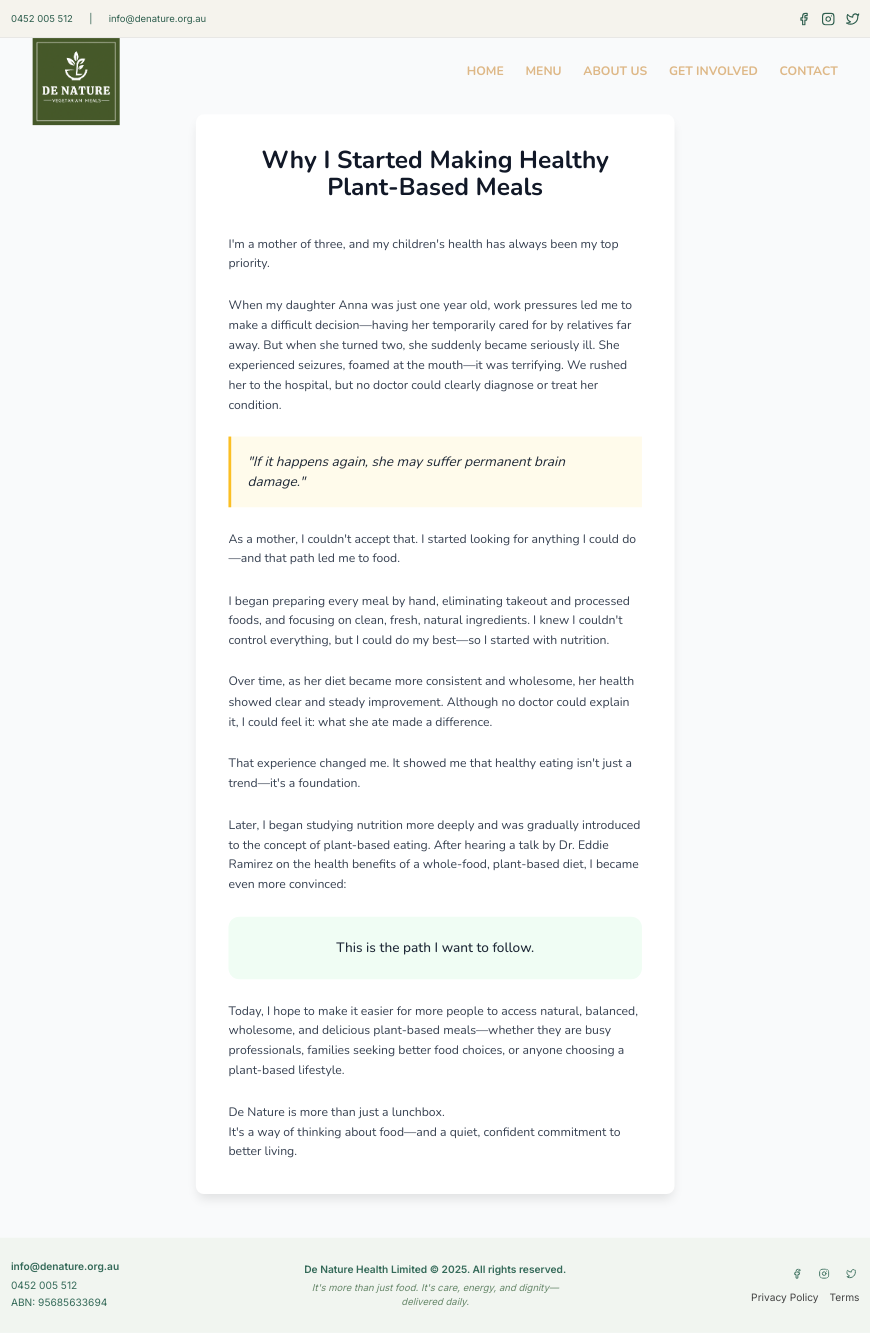
Repository: sunnyyan01/denature-website
Page: /about/messages-from-founder
The author's editor kept a copy of each file at every save. The page is drawn from the files as they stood at one save, then again after the next save.
The browser window is 1280 px wide. The pictures show the whole page, at 68% of full size.
The project was rebuilt for these pictures with package versions that can differ from the ones it lists, and the page was loaded fresh each time. The framework's server and built-in components were replaced by stand-ins that run in the browser. Also part of the build but not shown: next.config.js.

Above is the page before, as saved 2025-05-15 22:47:04.

### src/app/layout.tsx
import type { Metadata } from "next";
import { Inter, Poppins } from "next/font/google";
import "./globals.css";
import Navbar from "@/components/Navbar";
import Footer from "@/components/Footer";
import { Phone, Mail } from "lucide-react";
import { FiFacebook, FiInstagram, FiTwitter } from 'react-icons/fi';

const inter = Inter({
  subsets: ["latin"],
  variable: '--font-inter',
});

const poppins = Poppins({
  weight: ['400', '500', '600', '700'],
  subsets: ['latin'],
  variable: '--font-poppins',
});

export const metadata: Metadata = {
  title: "DE NATURE - Sydney Lunch Program",
  description: "Providing nutritious meals to children in need across Sydney",
  verification: {
    google: "OqLlSQNFE1spUS93SXK13pK8N_CO4S7m2l7H1rPvJmY",
  },
  icons: {
    icon: '/favicon.ico',
    shortcut: '/favicon.ico',
  },
};

export default function RootLayout({
  children,
}: {
  children: React.ReactNode;
}) {
  return (
    <html lang="en">
      <body className={`${inter.variable} ${poppins.variable} font-sans bg-background text-text`}>
        {/* 顶部社交信息栏 */}
        <div
          className="fixed top-0 left-0 right-0 z-50"
          style={{
            background: '#F5F3ED',
            height: '56px',
            borderBottom: '1px solid #E0E0E0',
            fontFamily: "'Inter', 'Lato', sans-serif",
          }}
        >
          <div className="container flex items-center justify-between h-full px-4">
            {/* 联系方式 */}
            <div className="flex items-center space-x-6 text-[#2E5E4E] text-sm">
              <a href="tel:0452005512" className="hover:underline">0452 005 512</a>
              <span className="hidden sm:inline">|</span>
              <a href="mailto:info@denature.org.au" className="hover:underline">info@denature.org.au</a>
            </div>
            {/* 社交图标 */}
            <div className="flex items-center space-x-4">
              <a href="#" className="text-[#2E5E4E] hover:text-[#4A7C59]">
                <FiFacebook className="w-5 h-5" />
              </a>
              <a href="#" className="text-[#2E5E4E] hover:text-[#4A7C59]">
                <FiInstagram className="w-5 h-5" />
              </a>
              <a href="#" className="text-[#2E5E4E] hover:text-[#4A7C59]">
                <FiTwitter className="w-5 h-5" />
              </a>
            </div>
          </div>
        </div>

        {/* Navigation and Content */}
        <div className="relative">
          <Navbar />
          <main>
            {children}
          </main>
        </div>

        <Footer />
      </body>
    </html>
  );
}

### src/app/about/messages-from-founder/page.tsx
import React from 'react';

export default function MessagesFromFounder() {
  return (
    <main className="min-h-screen bg-gray-50">
      <div className="pt-32 pb-16">
        <div className="max-w-3xl mx-auto px-4 sm:px-6 lg:px-8">
          <article className="bg-white rounded-xl shadow-lg p-8 sm:p-12">
            <h1 className="text-4xl font-bold text-gray-900 mb-12 text-center">
              Why I Started Making Healthy Plant-Based Meals
            </h1>

            <div className="space-y-8">
              <p className="text-lg text-gray-700 leading-relaxed">
                I'm a mother of three, and my children's health has always been my top priority.
              </p>

              <p className="text-lg text-gray-700 leading-relaxed">
                When my daughter Anna was just one year old, work pressures led me to make a difficult decision—having her temporarily cared for by relatives far away. But when she turned two, she suddenly became seriously ill. She experienced seizures, foamed at the mouth—it was terrifying. We rushed her to the hospital, but no doctor could clearly diagnose or treat her condition.
              </p>

              <div className="bg-amber-50 border-l-4 border-amber-400 p-6 my-12">
                <p className="text-xl text-gray-800 italic">
                  "If it happens again, she may suffer permanent brain damage."
                </p>
              </div>

              <p className="text-lg text-gray-700 leading-relaxed">
                As a mother, I couldn't accept that. I started looking for anything I could do—and that path led me to food.
              </p>

              <p className="text-lg text-gray-700 leading-relaxed">
                I began preparing every meal by hand, eliminating takeout and processed foods, and focusing on clean, fresh, natural ingredients. I knew I couldn't control everything, but I could do my best—so I started with nutrition.
              </p>

              <p className="text-lg text-gray-700 leading-relaxed">
                Over time, as her diet became more consistent and wholesome, her health showed clear and steady improvement. Although no doctor could explain it, I could feel it: what she ate made a difference.
              </p>

              <p className="text-lg text-gray-700 leading-relaxed">
                That experience changed me. It showed me that healthy eating isn't just a trend—it's a foundation.
              </p>

              <p className="text-lg text-gray-700 leading-relaxed">
                Later, I began studying nutrition more deeply and was gradually introduced to the concept of plant-based eating. After hearing a talk by Dr. Eddie Ramirez on the health benefits of a whole-food, plant-based diet, I became even more convinced:
              </p>

              <div className="bg-green-50 rounded-lg p-8 mt-12">
                <div className="space-y-4 text-center">
                  <p className="text-xl text-gray-800 font-medium">This is the path I want to follow.</p>
                </div>
              </div>

              <p className="text-lg text-gray-700 leading-relaxed">
                Today, I hope to make it easier for more people to access natural, balanced, wholesome, and delicious plant-based meals—whether they are busy professionals, families seeking better food choices, or anyone choosing a plant-based lifestyle.
              </p>

              <p className="text-lg text-gray-700 leading-relaxed">
                De Nature is more than just a lunchbox.<br/>
                It's a way of thinking about food—and a quiet, confident commitment to better living.
              </p>
            </div>
          </article>
        </div>
      </div>
    </main>
  );
}

### src/app/globals.css
@import url('https://fonts.googleapis.com/css2?family=Nunito:wght@300;400;500;600;700&display=swap');

@tailwind base;
@tailwind components;
@tailwind utilities;

:root {
  /* 主色调 */
  --color-primary: #4A7C59;      /* 深绿色 */
  --color-primary-light: #6B9B7D; /* 浅绿色 */
  --color-primary-lighter: #E8F3ED; /* 最浅绿色 */

  /* 中性色 */
  --color-neutral-50: #FAFAFA;
  --color-neutral-100: #F5F5F5;
  --color-neutral-200: #EEEEEE;
  --color-neutral-300: #E0E0E0;
  --color-neutral-400: #BDBDBD;
  --color-neutral-500: #9E9E9E;
  --color-neutral-600: #757575;
  --color-neutral-700: #616161;
  --color-neutral-800: #424242;
  --color-neutral-900: #212121;

  /* 强调色 */
  --color-accent: #F5B971;       /* 温暖的米色 */
  --color-accent-light: #F9D5A7; /* 浅米色 */

  /* 功能色 */
  --color-success: #4CAF50;
  --color-warning: #FFC107;
  --color-error: #F44336;

  /* 字体 */
  --font-primary: 'Nunito', sans-serif;

  /* 间距 */
  --spacing-xs: 0.25rem;   /* 4px */
  --spacing-sm: 0.5rem;    /* 8px */
  --spacing-md: 1rem;      /* 16px */
  --spacing-lg: 1.5rem;    /* 24px */
  --spacing-xl: 2rem;      /* 32px */
  --spacing-2xl: 3rem;     /* 48px */
  --spacing-3xl: 4rem;     /* 64px */

  /* 圆角 */
  --radius-sm: 0.25rem;    /* 4px */
  --radius-md: 0.5rem;     /* 8px */
  --radius-lg: 1rem;       /* 16px */
  --radius-full: 9999px;

  /* 阴影 */
  --shadow-sm: 0 1px 2px 0 rgb(0 0 0 / 0.05);
  --shadow-md: 0 4px 6px -1px rgb(0 0 0 / 0.1);
  --shadow-lg: 0 10px 15px -3px rgb(0 0 0 / 0.1);
}

@layer base {
  html {
    font-family: var(--font-primary);
    color: var(--color-neutral-900);
    background-color: var(--color-neutral-50);
  }

  h1, h2, h3, h4, h5, h6 {
    font-weight: 700;
    line-height: 1.2;
  }

  h1 {
    font-size: 2.5rem; /* 40px */
    @screen md {
      font-size: 3.5rem; /* 56px */
    }
  }

  h2 {
    font-size: 2rem; /* 32px */
    @screen md {
      font-size: 2.5rem; /* 40px */
    }
  }

  h3 {
    font-size: 1.5rem; /* 24px */
    @screen md {
      font-size: 2rem; /* 32px */
    }
  }

  p {
    line-height: 1.6;
  }
}

@layer components {
  .container {
    @apply max-w-7xl mx-auto px-4 sm:px-6 lg:px-8;
  }

  .btn {
    @apply inline-flex items-center justify-center px-6 py-3 rounded-lg font-semibold transition-colors duration-200;
  }

  .btn-primary {
    @apply bg-[var(--color-primary)] text-white hover:bg-[var(--color-primary-light)];
  }

  .btn-secondary {
    @apply bg-[var(--color-accent)] text-[var(--color-neutral-900)] hover:bg-[var(--color-accent-light)];
  }

  .btn-outline {
    @apply border-2 border-[var(--color-primary)] text-[var(--color-primary)] hover:bg-[var(--color-primary-lighter)];
  }

  .card {
    @apply bg-white rounded-lg shadow-md overflow-hidden;
  }

  .section {
    @apply py-16 md:py-24;
  }

  .section-title {
    @apply text-3xl md:text-4xl font-bold text-center mb-12;
  }

  .hero {
    @apply relative h-[80vh] md:h-screen flex items-center;
  }

  .hero-content {
    @apply relative z-10 text-center max-w-4xl mx-auto px-4;
  }

  .hero-image {
    @apply absolute inset-0 w-full h-full object-cover;
  }

  .hero-overlay {
    @apply absolute inset-0 bg-black/30;
  }
}

/* 自定义动画 */
@keyframes fadeIn {
  from {
    opacity: 0;
    transform: translateY(10px);
  }
  to {
    opacity: 1;
    transform: translateY(0);
  }
}

.animate-fade-in {
  animation: fadeIn 0.6s ease-out forwards;
}

/* 响应式图片容器 */
.image-container {
  @apply relative aspect-[4/3] md:aspect-[16/9] overflow-hidden rounded-lg;
}

.image-container img {
  @apply absolute inset-0 w-full h-full object-cover transition-transform duration-500;
}

.image-container:hover img {
  @apply scale-105;
}

/* 网格布局 */
.grid-auto-fit {
  @apply grid grid-cols-1 md:grid-cols-2 lg:grid-cols-3 gap-6 md:gap-8;
}

/* 文本样式 */
.text-gradient {
  @apply bg-clip-text text-transparent bg-gradient-to-r from-[var(--color-primary)] to-[var(--color-primary-light)];
}

.text-balance {
  text-wrap: balance;
}

/* 导航样式 */
.nav-link {
  @apply text-[var(--color-neutral-700)] hover:text-[var(--color-primary)] transition-colors duration-200;
}

.nav-link-active {
  @apply text-[var(--color-primary)] font-semibold;
}

/* 页脚样式 */
.footer {
  @apply bg-[var(--color-neutral-900)] text-white py-16;
}

.footer-title {
  @apply text-xl font-semibold mb-4;
}

.footer-link {
  @apply text-[var(--color-neutral-400)] hover:text-white transition-colors duration-200;
}

/* 表单样式 */
.form-input {
  @apply w-full px-4 py-2 rounded-lg border border-[var(--color-neutral-300)] focus:border-[var(--color-primary)] focus:ring-2 focus:ring-[var(--color-primary-lighter)] outline-none transition-colors duration-200;
}

.form-label {
  @apply block text-sm font-medium text-[var(--color-neutral-700)] mb-1;
}

/* 菜单卡片样式 */
.menu-card {
  @apply bg-white rounded-lg shadow-md overflow-hidden transition-transform duration-300 hover:shadow-lg hover:-translate-y-1;
}

.menu-card-image {
  @apply relative aspect-[4/3] w-full;
}

.menu-card-content {
  @apply p-6;
}

.menu-card-title {
  @apply text-xl font-semibold text-[var(--color-neutral-900)] mb-2;
}

.menu-card-description {
  @apply text-[var(--color-neutral-600)] text-sm;
}

/* 特色部分样式 */
.feature-grid {
  @apply grid grid-cols-1 md:grid-cols-2 lg:grid-cols-4 gap-8;
}

.feature-item {
  @apply text-center p-6;
}

.feature-icon {
  @apply w-16 h-16 mx-auto mb-4 text-[var(--color-primary)];
}

.feature-title {
  @apply text-lg font-semibold mb-2;
}

.feature-description {
  @apply text-[var(--color-neutral-600)];
}

### src/components/Footer.tsx
'use client';

import { FiFacebook, FiInstagram, FiTwitter } from 'react-icons/fi';

export default function Footer() {
  const currentYear = new Date().getFullYear();

  return (
    <footer className="w-full" style={{ background: '#f1f5f0', color: '#356A59', fontFamily: "'Inter', 'Lato', sans-serif" }}>
      <div className="container mx-auto px-4 py-8">
        <div className="grid grid-cols-1 md:grid-cols-3 gap-8 items-center">
          {/* 左侧：联系信息 */}
          <div className="flex flex-col items-center md:items-start text-[15px] gap-1">
            <span className="font-semibold">info@denature.org.au</span>
            <span>0452 005 512</span>
            <span>ABN: 95685633694</span>
          </div>
          {/* 中间：版权+口号 */}
          <div className="flex flex-col items-center text-center text-[15px] gap-1">
            <span className="font-semibold">De Nature Health Limited © {currentYear}. All rights reserved.</span>
            <span style={{ fontStyle: 'italic', fontSize: '14px', color: '#68886b' }}>
              It's more than just food. It's care, energy, and dignity—delivered daily.
            </span>
          </div>
          {/* 右侧：社交图标+链接 */}
          <div className="flex flex-col items-center md:items-end gap-2">
            <div className="flex space-x-4 mb-1">
              <a href="#" className="group text-[#356A59] transition-transform duration-200 hover:scale-110">
                <FiFacebook className="w-6 h-6 group-hover:bg-[#356A59] group-hover:text-white rounded-full p-1 transition-colors duration-200" />
              </a>
              <a href="#" className="group text-[#356A59] transition-transform duration-200 hover:scale-110">
                <FiInstagram className="w-6 h-6 group-hover:bg-[#356A59] group-hover:text-white rounded-full p-1 transition-colors duration-200" />
              </a>
              <a href="#" className="group text-[#356A59] transition-transform duration-200 hover:scale-110">
                <FiTwitter className="w-6 h-6 group-hover:bg-[#356A59] group-hover:text-white rounded-full p-1 transition-colors duration-200" />
              </a>
            </div>
            <div className="flex space-x-4 text-[15px]">
              <a href="#" className="hover:underline text-[#444]">Privacy Policy</a>
              <a href="#" className="hover:underline text-[#444]">Terms</a>
            </div>
          </div>
        </div>
      </div>
    </footer>
  );
}

Loaded but not shown: tailwind.config.js (104 lines, source omitted); src/components/Navbar.tsx (232 lines, source omitted)

After the next save:
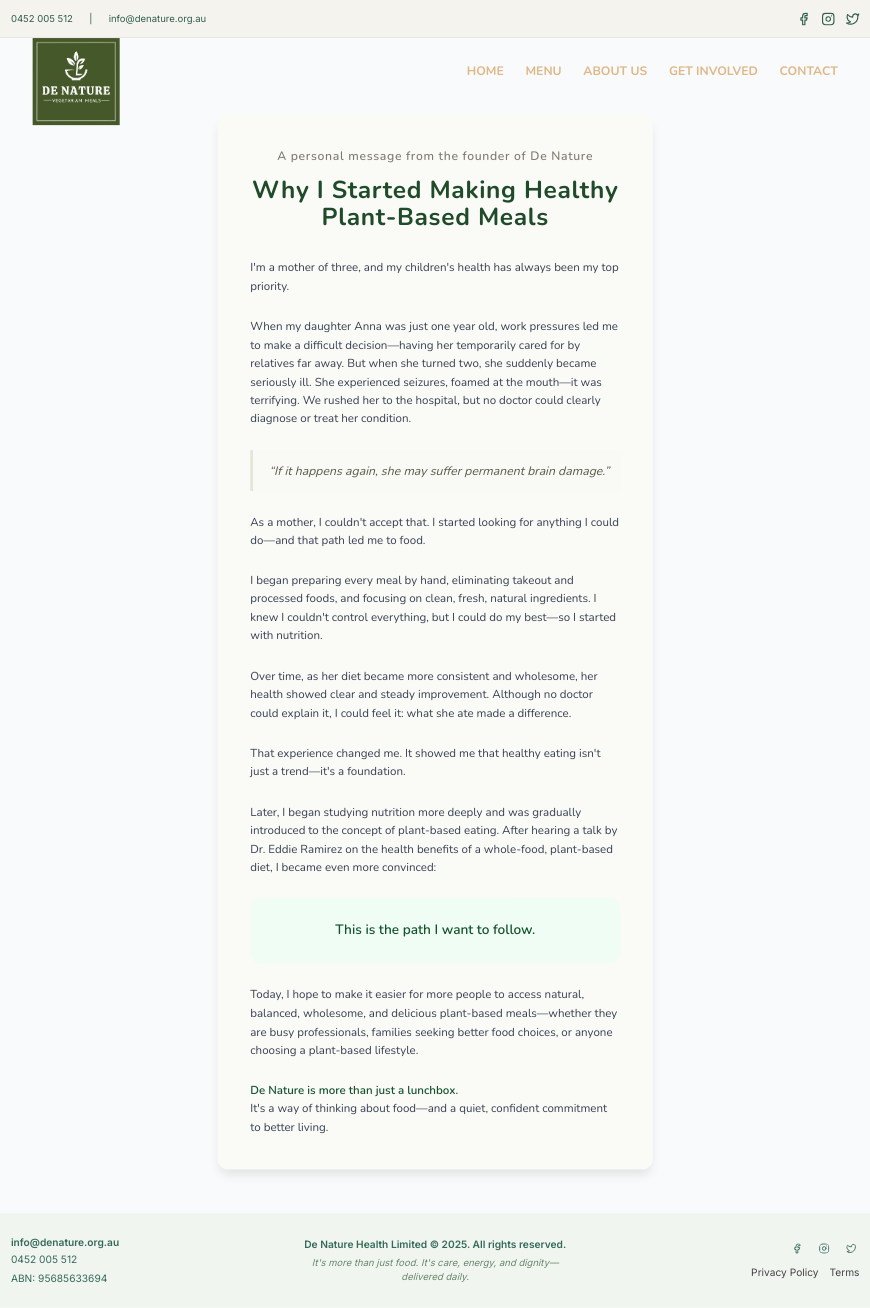
Saved 8 min 57 s later.
--- a/src/app/about/messages-from-founder/page.tsx
+++ b/src/app/about/messages-from-founder/page.tsx
@@ -4,59 +4,49 @@
   return (
     <main className="min-h-screen bg-gray-50">
       <div className="pt-32 pb-16">
-        <div className="max-w-3xl mx-auto px-4 sm:px-6 lg:px-8">
-          <article className="bg-white rounded-xl shadow-lg p-8 sm:p-12">
-            <h1 className="text-4xl font-bold text-gray-900 mb-12 text-center">
+        <div className="max-w-3xl mx-auto px-6 sm:px-10 lg:px-16">
+          <article className="bg-white rounded-2xl shadow-lg p-8 sm:p-12" style={{ background: '#FAFAF7' }}>
+            <div className="text-center mb-4">
+              <span className="block text-base md:text-lg text-[#7A7A6C] font-medium mb-2 tracking-wide" style={{ letterSpacing: 1 }}>
+                A personal message from the founder of De Nature
+              </span>
+            </div>
+            <h2 className="text-3xl md:text-4xl font-bold mb-10 font-heading text-center" style={{ color: '#204B2A', letterSpacing: 1 }}>
               Why I Started Making Healthy Plant-Based Meals
-            </h1>
-
-            <div className="space-y-8">
-              <p className="text-lg text-gray-700 leading-relaxed">
+            </h2>
+            <div className="space-y-8 text-[17px] leading-8 text-gray-700">
+              <p>
                 I'm a mother of three, and my children's health has always been my top priority.
               </p>
-
-              <p className="text-lg text-gray-700 leading-relaxed">
+              <p>
                 When my daughter Anna was just one year old, work pressures led me to make a difficult decision—having her temporarily cared for by relatives far away. But when she turned two, she suddenly became seriously ill. She experienced seizures, foamed at the mouth—it was terrifying. We rushed her to the hospital, but no doctor could clearly diagnose or treat her condition.
               </p>
-
-              <div className="bg-amber-50 border-l-4 border-amber-400 p-6 my-12">
-                <p className="text-xl text-gray-800 italic">
-                  "If it happens again, she may suffer permanent brain damage."
-                </p>
-              </div>
-
-              <p className="text-lg text-gray-700 leading-relaxed">
+              <blockquote className="border-l-4 pl-6 py-4 my-6 bg-[#f9f9f6] text-lg italic text-[#5A5A4A]" style={{ borderColor: '#E6E6D6' }}>
+                “If it happens again, she may suffer permanent brain damage.”
+              </blockquote>
+              <p>
                 As a mother, I couldn't accept that. I started looking for anything I could do—and that path led me to food.
               </p>
-
-              <p className="text-lg text-gray-700 leading-relaxed">
+              <p>
                 I began preparing every meal by hand, eliminating takeout and processed foods, and focusing on clean, fresh, natural ingredients. I knew I couldn't control everything, but I could do my best—so I started with nutrition.
               </p>
-
-              <p className="text-lg text-gray-700 leading-relaxed">
+              <p>
                 Over time, as her diet became more consistent and wholesome, her health showed clear and steady improvement. Although no doctor could explain it, I could feel it: what she ate made a difference.
               </p>
-
-              <p className="text-lg text-gray-700 leading-relaxed">
+              <p>
                 That experience changed me. It showed me that healthy eating isn't just a trend—it's a foundation.
               </p>
-
-              <p className="text-lg text-gray-700 leading-relaxed">
+              <p>
                 Later, I began studying nutrition more deeply and was gradually introduced to the concept of plant-based eating. After hearing a talk by Dr. Eddie Ramirez on the health benefits of a whole-food, plant-based diet, I became even more convinced:
               </p>
-
-              <div className="bg-green-50 rounded-lg p-8 mt-12">
-                <div className="space-y-4 text-center">
-                  <p className="text-xl text-gray-800 font-medium">This is the path I want to follow.</p>
-                </div>
+              <div className="bg-green-50 rounded-lg p-8 mt-8 text-center">
+                <span className="text-xl text-green-900 font-semibold">This is the path I want to follow.</span>
               </div>
-
-              <p className="text-lg text-gray-700 leading-relaxed">
+              <p>
                 Today, I hope to make it easier for more people to access natural, balanced, wholesome, and delicious plant-based meals—whether they are busy professionals, families seeking better food choices, or anyone choosing a plant-based lifestyle.
               </p>
-
-              <p className="text-lg text-gray-700 leading-relaxed">
-                De Nature is more than just a lunchbox.<br/>
+              <p>
+                <span className="font-semibold text-green-900">De Nature is more than just a lunchbox.</span><br/>
                 It's a way of thinking about food—and a quiet, confident commitment to better living.
               </p>
             </div>
